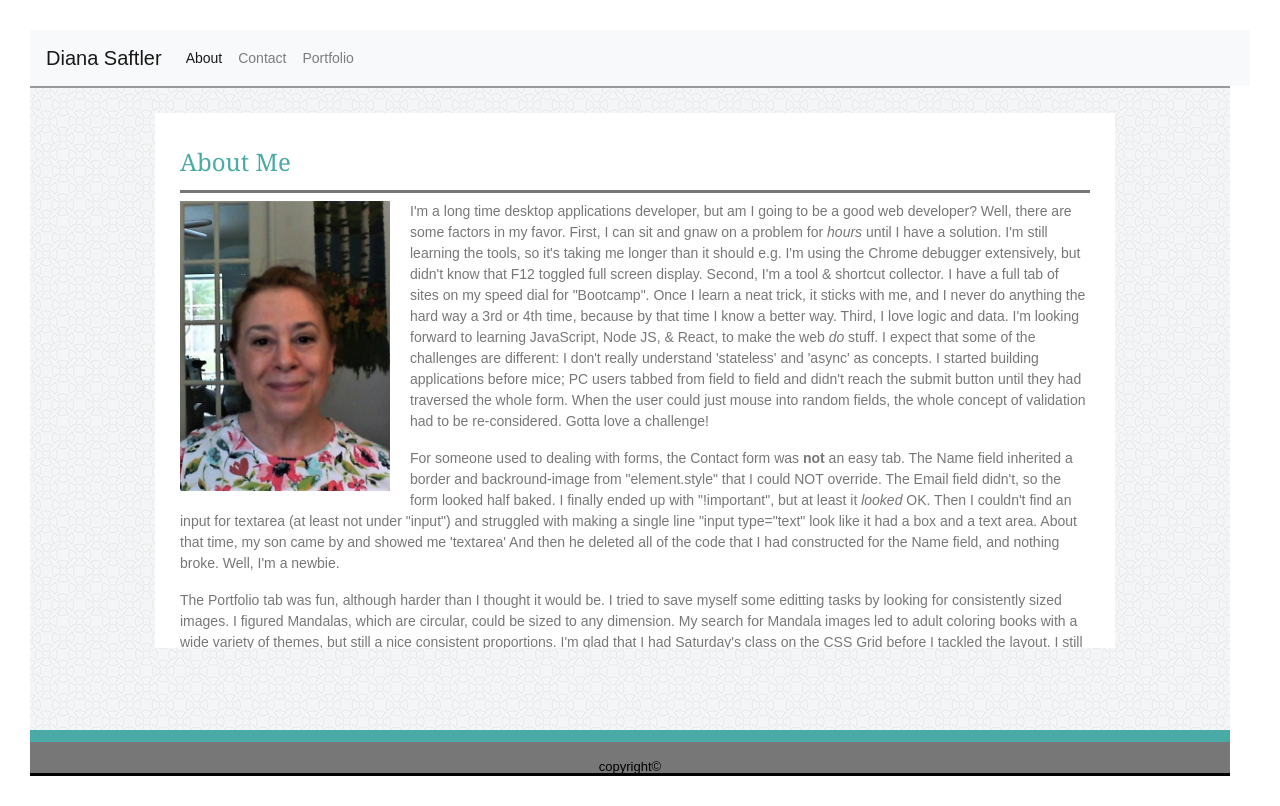
Repository: dsaftler/Bootstrap-Portfolio
Page: index.html
These files come from the project's save history. The page is drawn as it stood at one moment and after the next save; the edit follows.
The browser window is 1280 px wide. The pictures show the whole page.
An inner scrolling area shows only its first screen.

Above is the page before, as saved 2019-03-20 22:07:32.

After the next save:
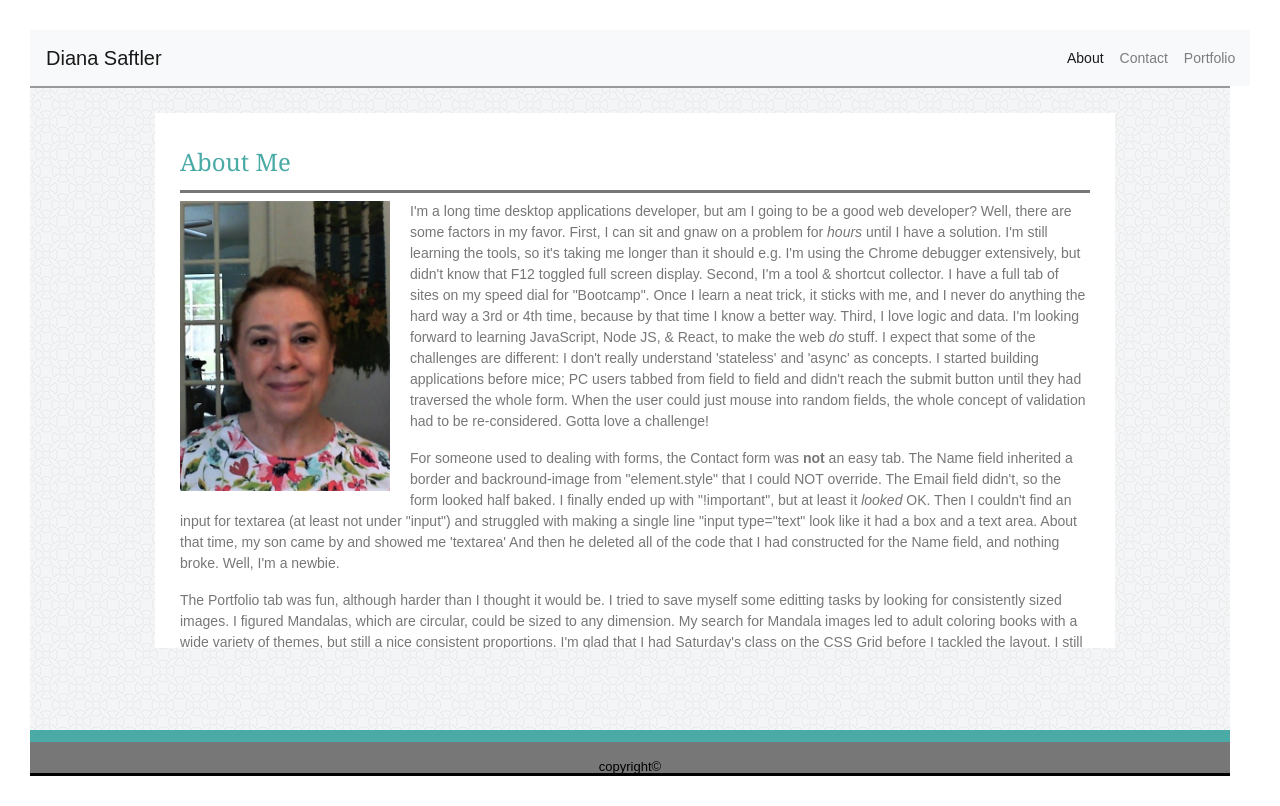
Saved 39 s later.
--- a/index.html
+++ b/index.html
@@ -16,7 +16,7 @@
         </button>
 
         <div class="collapse navbar-collapse" id="navbarSupportedContent">
-          <ul class="navbar-nav navbar-right">
+          <ul class="navbar-nav ml-auto">
             <li class="nav-item active">
               <a class="nav-link"href="index.html">About<span class="sr-only">(current)</span></a>
             </li>
